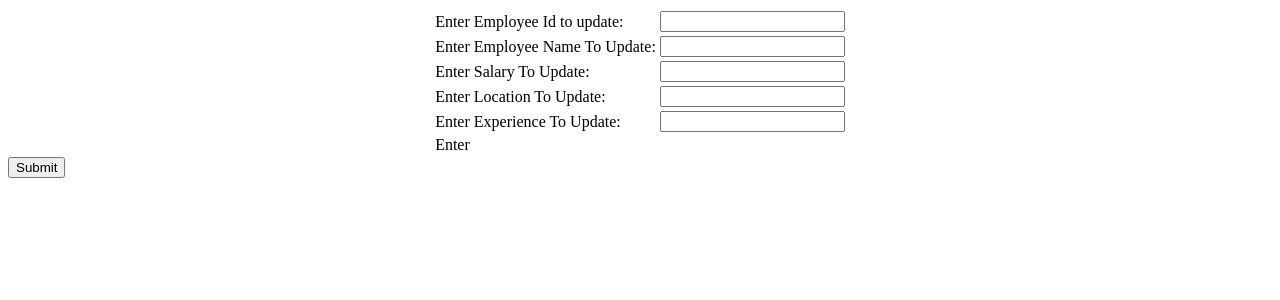
Repository: sravaninallapati1/java1
Page: http://localhost/JSP/update.jsp
The author's editor kept a copy of each file at every save. The page is drawn from the files as they stood at one save, then again after the next save.
The browser window is 1280 px wide. The pictures show the whole page.
The page is served by Tomcat 9. Other server files are loaded and not shown.

Above is the page before, as saved 2016-12-20 17:35:15.

### JSP/WebContent/update.jsp
<%@ page language="java" contentType="text/html; charset=ISO-8859-1"
    pageEncoding="ISO-8859-1"%>
<!DOCTYPE html PUBLIC "-//W3C//DTD HTML 4.01 Transitional//EN" "http://www.w3.org/TR/html4/loose.dtd">
<html>
<head>
<meta http-equiv="Content-Type" content="text/html; charset=ISO-8859-1">
<title>Insert title here</title>
</head>
<body>
<form action="update" method="post">
<table align="center">
<tr>
      <td>Enter Employee Id to update:</td>
      <td><input type="text" name="employeeId" /></td>
    </tr>

    <tr>
      <td>Enter Employee Name To Update:</td>
      <td><input type="text" name="employeeName" /></td>
    </tr>

     <tr>
      <td>Enter Salary To Update:</td>
      <td><input type="number" name="employeeSalary" /></td>
    </tr>
     <tr>
      <td>Enter Location To Update:</td>
      <td><input type="text" name="employeeLocation" /></td>
    </tr>
    <tr>
      <td>Enter Experience To Update:</td>
      <td><input type="number" name="employeeExp" /></td>
    </tr>
    <tr>
    <td>Enter
</table>
<input type="submit" value="Submit">
</form>

</body>
</html>

After the next save:
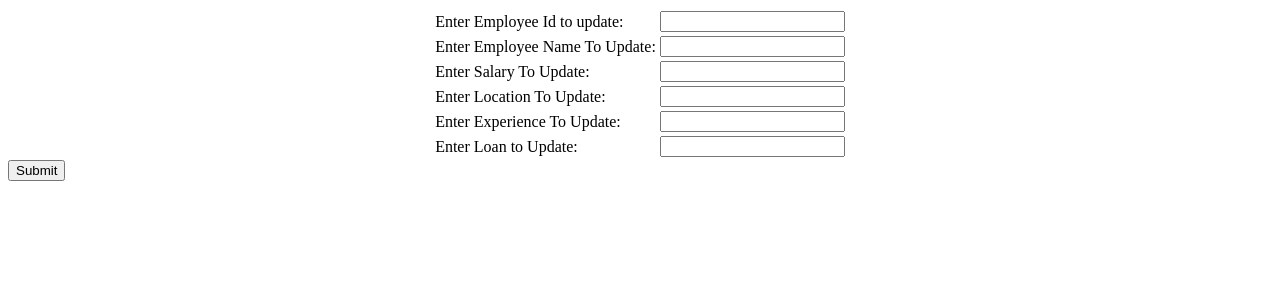
Saved 4 min 40 s later.
--- a/JSP/WebContent/update.jsp
+++ b/JSP/WebContent/update.jsp
@@ -32,7 +32,9 @@
       <td><input type="number" name="employeeExp" /></td>
     </tr>
     <tr>
-    <td>Enter
+    <td>Enter Loan to Update:</td>
+    <td><input type="number" name="employeeLoan"/></td>
+    </tr>
 </table>
 <input type="submit" value="Submit">
 </form>
